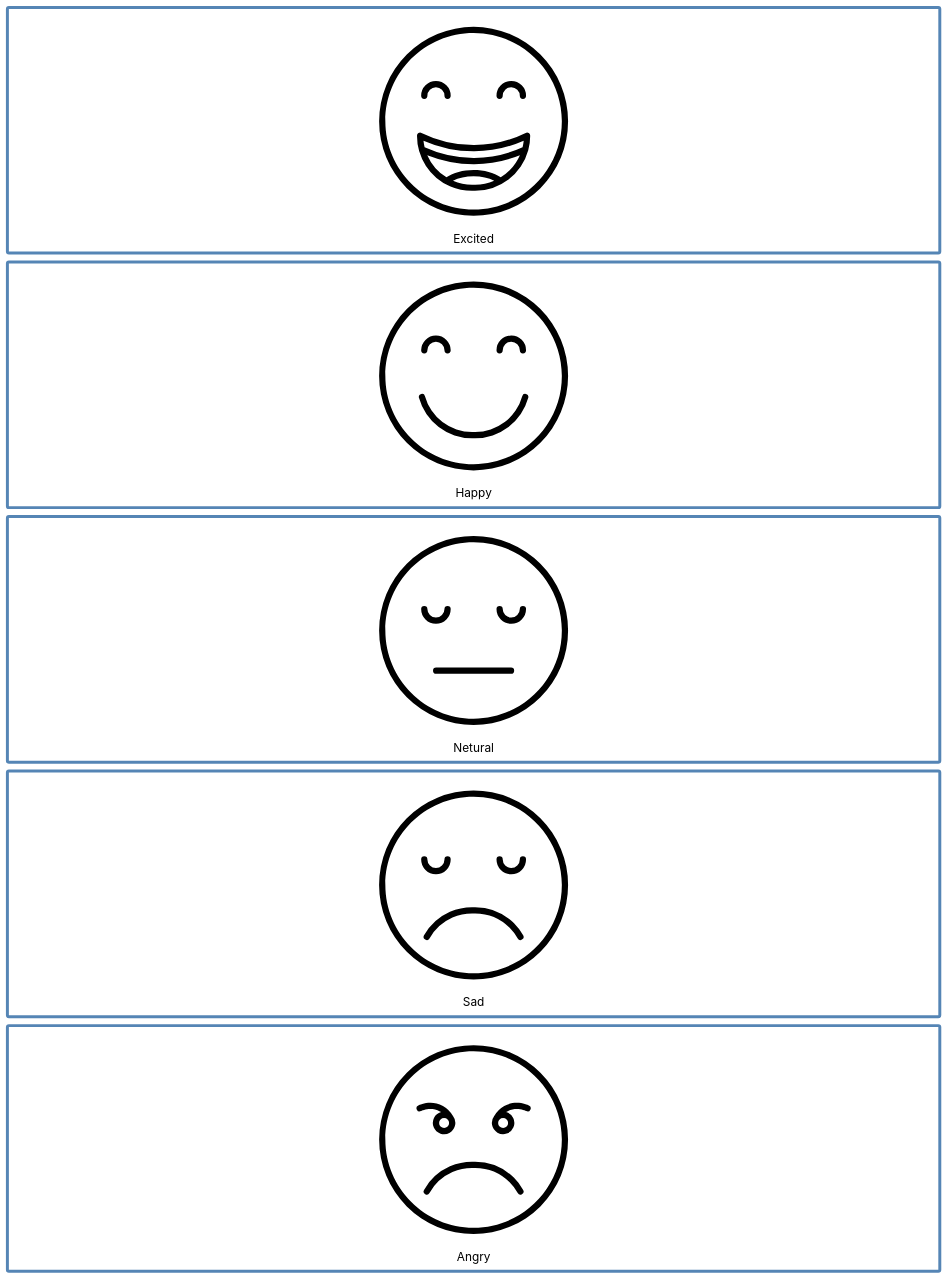
Repository: majakesin/moodify-app
Page: /
The author's editor kept a copy of each file at every save. The page is drawn from the files as they stood at one save, then again after the next save.
The browser window is 1280 px wide. The pictures show the whole page, at 74% of full size.
The project was rebuilt for these pictures with package versions that can differ from the ones it lists, and the page was loaded fresh each time.

Above is the page before, as saved 2023-08-21 11:45:13.

### public/index.html
<!DOCTYPE html>
<html lang="en">
  <head>
    <meta charset="utf-8" />
    <link rel="icon" href="%PUBLIC_URL%/logo.svg" />
    <meta name="viewport" content="width=device-width, initial-scale=1" />
    <meta name="theme-color" content="#000000" />
    <meta
      name="description"
      content="Moodify -- App that gives yours ears the best music based on your mood"
    />
    <link rel="apple-touch-icon" href="%PUBLIC_URL%/logo.svg" />
    <!--
      manifest.json provides metadata used when your web app is installed on a
      user's mobile device or desktop. See https://developers.google.com/web/fundamentals/web-app-manifest/
    -->
    <link rel="manifest" href="%PUBLIC_URL%/manifest.json" />
    <!--
      Notice the use of %PUBLIC_URL% in the tags above.
      It will be replaced with the URL of the `public` folder during the build.
      Only files inside the `public` folder can be referenced from the HTML.

      Unlike "/favicon.ico" or "favicon.ico", "%PUBLIC_URL%/favicon.ico" will
      work correctly both with client-side routing and a non-root public URL.
      Learn how to configure a non-root public URL by running `npm run build`.
    -->
    <title>Moodify</title>
  </head>
  <body>
    <noscript>You need to enable JavaScript to run this app.</noscript>
    <div id="root"></div>
    <!--
      This HTML file is a template.
      If you open it directly in the browser, you will see an empty page.

      You can add webfonts, meta tags, or analytics to this file.
      The build step will place the bundled scripts into the <body> tag.

      To begin the development, run `npm start` or `yarn start`.
      To create a production bundle, use `npm run build` or `yarn build`.
    -->
  </body>
</html>

### src/App.js
import './App.css';
import {moods}  from 'src/data/moods'
import Mood from './components/Mood';

function App() {
  return (
    <div className="App">
      {moods.map(({type,icon}) => {
        return (<Mood type={type} icon={icon} />)
      })}
    </div>
  );
}

export default App;

### src/data/moods.js
export const moods = [
    {
        type: 'Excited',
        icon: <svg id="SvgjsSvg1081" width="288" height="288" xmlns="http://www.w3.org/2000/svg" version="1.1" xmlnsXlink="http://www.w3.org/1999/xlink" xmlnsSvgjs="http://svgjs.com/svgjs">
                <defs id="SvgjsDefs1082"></defs>
                <g id="SvgjsG1083">
                    <svg xmlns="http://www.w3.org/2000/svg" data-name="Layer 1" viewBox="0 0 512 512" width="288" height="288">
                        <path fill="currentcolor" d="M416.51318,95.48682A226.99992,226.99992,0,1,0,95.48682,416.51318,226.99992,226.99992,0,1,0,416.51318,95.48682ZM256,468C139.103,468,44,372.897,44,256S139.103,44,256,44s212,95.103,212,212S372.897,468,256,468ZM137.5,202a7.50006,7.50006,0,0,0,7.5-7.5,20.5,20.5,0,0,1,41,0,7.5,7.5,0,0,0,15,0,35.5,35.5,0,0,0-71,0A7.50006,7.50006,0,0,0,137.5,202Zm181,0a7.50006,7.50006,0,0,0,7.5-7.5,20.5,20.5,0,0,1,41,0,7.5,7.5,0,0,0,15,0,35.5,35.5,0,0,0-71,0A7.50006,7.50006,0,0,0,318.5,202Zm69.95947,82.13037a7.49875,7.49875,0,0,0-7.27832-.356A284.51645,284.51645,0,0,1,257.5,313h-1.48a284.55042,284.55042,0,0,1-125.2002-29.2251A7.4999,7.4999,0,0,0,120,290.5a132.31839,132.31839,0,0,0,79.15625,121.32324A131.47888,131.47888,0,0,0,252.5,423h7a132.5854,132.5854,0,0,0,127.794-97.37988A133.06894,133.06894,0,0,0,392,290.5,7.5003,7.5003,0,0,0,388.45947,284.13037ZM259.5,408h-7a116.58888,116.58888,0,0,1-46.02222-9.36157C219.72205,391.8783,237.33752,388,256.002,388c18.66236,0,36.27466,3.87708,49.51734,10.63538A116.56076,116.56076,0,0,1,259.5,408Zm83.08691-34.41309a117.56809,117.56809,0,0,1-21.38024,16.93219C305.07166,379.48517,281.17847,373,256.002,373c-25.18383,0-49.0852,6.48932-65.22168,17.52966a116.81051,116.81051,0,0,1-46.07495-53.13611,299.90773,299.90773,0,0,0,111.31323,21.61036c.5044,0,1.01612-.00147,1.52051-.00391A300.023,300.023,0,0,0,367.2478,337.40454,117.86031,117.86031,0,0,1,342.58691,373.58691ZM373.6593,318.347A284.8703,284.8703,0,0,1,257.46094,344c-.49219.00293-.97412.00391-1.46387.00391a284.90227,284.90227,0,0,1-117.65942-25.65967,117.74477,117.74477,0,0,1-2.72388-15.77832A299.64178,299.64178,0,0,0,256.02,328h1.519a299.80874,299.80874,0,0,0,118.84668-25.43555A117.6884,117.6884,0,0,1,373.6593,318.347Z" class="color2c2b2d svgShape"></path>
                    </svg>
                </g>
             </svg>
    },
    {
        type: 'Happy',
        icon: <svg id="SvgjsSvg1102" width="288" height="288" xmlns="http://www.w3.org/2000/svg" version="1.1" xmlnsXlink="http://www.w3.org/1999/xlink" xmlnsSvgjs="http://svgjs.com/svgjs">
                <defs id="SvgjsDefs1103"></defs>
                <g id="SvgjsG1104">
                    <svg xmlns="http://www.w3.org/2000/svg" data-name="Layer 1" viewBox="0 0 512 512" width="288" height="288">
                        <path fill="currentcolor" d="M382.042,299.40674a7.496,7.496,0,0,0-9.21582,5.251A117.42927,117.42927,0,0,1,259.5,391h-7a117.41578,117.41578,0,0,1-113.32715-86.33447,7.49971,7.49971,0,1,0-14.46484,3.96875A132.417,132.417,0,0,0,252.5,406h7a132.58733,132.58733,0,0,0,127.793-97.37744A7.4999,7.4999,0,0,0,382.042,299.40674ZM416.51367,95.48682A227.00026,227.00026,0,0,0,95.48633,416.51318,227.00026,227.00026,0,0,0,416.51367,95.48682ZM256,468C139.10254,468,44,372.897,44,256S139.10254,44,256,44s212,95.103,212,212S372.89746,468,256,468ZM137.5,202a7.49974,7.49974,0,0,0,7.5-7.5,20.5,20.5,0,0,1,41,0,7.5,7.5,0,0,0,15,0,35.5,35.5,0,0,0-71,0A7.49974,7.49974,0,0,0,137.5,202Zm181,0a7.49974,7.49974,0,0,0,7.5-7.5,20.5,20.5,0,0,1,41,0,7.5,7.5,0,0,0,15,0,35.5,35.5,0,0,0-71,0A7.49974,7.49974,0,0,0,318.5,202Z" class="color2c2b2d svgShape"></path>
                    </svg>
                </g>
            </svg> ,
    },
    {
        type: 'Netural',
        icon: <svg id="SvgjsSvg1123" width="288" height="288" xmlns="http://www.w3.org/2000/svg" version="1.1" xmlnsXlink="http://www.w3.org/1999/xlink" xmlnsSvgjs="http://svgjs.com/svgjs">
                <defs id="SvgjsDefs1124"></defs>
                <g id="SvgjsG1125">
                    <svg xmlns="http://www.w3.org/2000/svg" data-name="Layer 1" viewBox="0 0 512 512" width="288" height="288">
                        <path fill="currentcolor" d="M201,204.5a7.5,7.5,0,0,0-15,0,20.5,20.5,0,0,1-41,0,7.5,7.5,0,0,0-15,0,35.5,35.5,0,0,0,71,0ZM374.5,197a7.50006,7.50006,0,0,0-7.5,7.5,20.5,20.5,0,0,1-41,0,7.5,7.5,0,0,0-15,0,35.5,35.5,0,0,0,71,0A7.50006,7.50006,0,0,0,374.5,197ZM416.51318,95.48682A226.99992,226.99992,0,1,0,95.48682,416.51318,226.99992,226.99992,0,1,0,416.51318,95.48682ZM256,468C139.103,468,44,372.897,44,256S139.103,44,256,44s212,95.103,212,212S372.897,468,256,468Zm90-123H166a7.5,7.5,0,0,0,0,15H346a7.5,7.5,0,0,0,0-15Z" class="color2c2b2d svgShape"></path>
                    </svg>
                </g>
            </svg>,
    },
    {
        type: 'Sad',
        icon: <svg id="SvgjsSvg1193" width="288" height="288" xmlns="http://www.w3.org/2000/svg" version="1.1" xmlnsXlink="http://www.w3.org/1999/xlink" xmlnsSvgjs="http://svgjs.com/svgjs">
                <defs id="SvgjsDefs1194"></defs>
                <g id="SvgjsG1195">
                    <svg xmlns="http://www.w3.org/2000/svg" data-name="Layer 1" viewBox="0 0 512 512" width="288" height="288">
                         <path fill="currentcolor" d="M165.5,230A35.54028,35.54028,0,0,0,201,194.5a7.5,7.5,0,0,0-15,0,20.5,20.5,0,0,1-41,0,7.5,7.5,0,0,0-15,0A35.54028,35.54028,0,0,0,165.5,230Zm209-43a7.50006,7.50006,0,0,0-7.5,7.5,20.5,20.5,0,0,1-41,0,7.5,7.5,0,0,0-15,0,35.5,35.5,0,0,0,71,0A7.50006,7.50006,0,0,0,374.5,187ZM353.19336,347.94678A132.16887,132.16887,0,0,0,259.5,309.14014h-7a131.47793,131.47793,0,0,0-53.34082,11.17529,133.55143,133.55143,0,0,0-62.24854,56.51221,7.50013,7.50013,0,0,0,13.07911,7.34472,118.4576,118.4576,0,0,1,55.21435-50.1289A116.57358,116.57358,0,0,1,252.5,324.14014h7a117.16738,117.16738,0,0,1,83.08691,34.41308,117.92616,117.92616,0,0,1,19.42432,25.62061,7.5,7.5,0,0,0,13.07715-7.34766A132.92018,132.92018,0,0,0,353.19336,347.94678Zm63.31982-252.46A226.99992,226.99992,0,1,0,95.48682,416.51318,226.99992,226.99992,0,1,0,416.51318,95.48682ZM256,468C139.103,468,44,372.897,44,256S139.103,44,256,44s212,95.103,212,212S372.897,468,256,468Z" class="color2c2b2d svgShape"></path>
                    </svg>
                </g>
            </svg>,
    },
    {
        type: 'Angry',
        icon: <svg id="SvgjsSvg1217" width="288" height="288" xmlns="http://www.w3.org/2000/svg" version="1.1" xmlnsXlink="http://www.w3.org/1999/xlink" xmlnSvgjs="http://svgjs.com/svgjs">
                <defs id="SvgjsDefs1218"></defs>
                     <g id="SvgjsG1219">
                        <svg xmlns="http://www.w3.org/2000/svg" data-name="Layer 1" viewBox="0 0 512 512" width="288" height="288">
                            <path fill="currentcolor" d="M353.19336,347.94629A132.1737,132.1737,0,0,0,259.5,309.13965h-7a131.5101,131.5101,0,0,0-53.3418,11.17578,133.55212,133.55212,0,0,0-62.24707,56.51172,7.49995,7.49995,0,0,0,13.07813,7.3457A118.46814,118.46814,0,0,1,205.20313,334.043,116.60013,116.60013,0,0,1,252.5,324.13965h7a117.16506,117.16506,0,0,1,83.08691,34.41406,117.92838,117.92838,0,0,1,19.42481,25.62012,7.49957,7.49957,0,1,0,13.07617-7.34766A132.91978,132.91978,0,0,0,353.19336,347.94629ZM416.51367,95.48682A227.00044,227.00044,0,0,0,95.48633,416.51367,227.00044,227.00044,0,0,0,416.51367,95.48682ZM256,468C139.10254,468,44,372.89746,44,256,44,139.103,139.10254,44,256,44s212,95.103,212,212C468,372.89746,372.89746,468,256,468ZM175.12207,188.29736c.96533.53955,1.88086,1.10938,2.769,1.69336a27.02454,27.02454,0,1,0,28.58863,9.52246,62.7776,62.7776,0,0,0-24.04029-24.31005c-27.82519-15.55176-56.1748-2.73292-59.31445-1.21973a7.49994,7.49994,0,1,0,6.50977,13.51367C132.05762,186.33057,153.91113,176.44189,175.12207,188.29736ZM185.12012,204a12,12,0,1,1-12,12A12.01344,12.01344,0,0,1,185.12012,204ZM388.875,173.9834c-3.1416-1.51367-31.49121-14.33447-59.31348,1.21924a62.778,62.778,0,0,0-24.04126,24.31054,26.989,26.989,0,1,0,28.58887-9.52234c.88843-.58435,1.804-1.15429,2.76978-1.694,21.21191-11.85743,43.06347-1.96631,45.48632-.79981A7.49994,7.49994,0,1,0,388.875,173.9834ZM338.87988,216a12,12,0,1,1-12-12A12.01343,12.01343,0,0,1,338.87988,216Z" class="color2c2b2d svgShape"></path>
                        </svg>
                    </g>
            </svg>
    }
]

### src/components/Mood/index.jsx
import styles from './index.module.css';

const Mood = (props) => {

    const {type, icon} = props;

    return (
        <div className={styles.card}>
          <div className={styles.icon}>
            {icon}
          </div>
          <div>
            {type}
        </div>
        </div>
    )
};

export default Mood;

### src/components/Mood/index.module.css

@import '../../styles/variables.css';

.card {
    border: 4px solid var(--first-color);
    border-radius: 4px;
    margin: 8px;
    padding: 8px;
}

### src/styles/variables.css
:root,
    :root.blue {
        --first-color: #5585b5;
        --second-color: #53a8b6;
        --third-color: #79c2d0;
        --fourth-color: #bbe4e9;
    }
    :root.rainbow {
        --first-color: #cbf078;
        --second-color: #f8f398;
        --third-color: #f1b963;
        --fourth-color: #e46161;
    }
    :root.pink {
        --first-color: #45171d;
        --second-color: #e84a5f;
        --third-color: #ff847c;
        --fourth-color: #fecea8;

    }

Loaded but not shown: src/index.js (common file); src/index.css (common file); src/reportWebVitals.js (common file); src/App.css (common file)

After the next save:
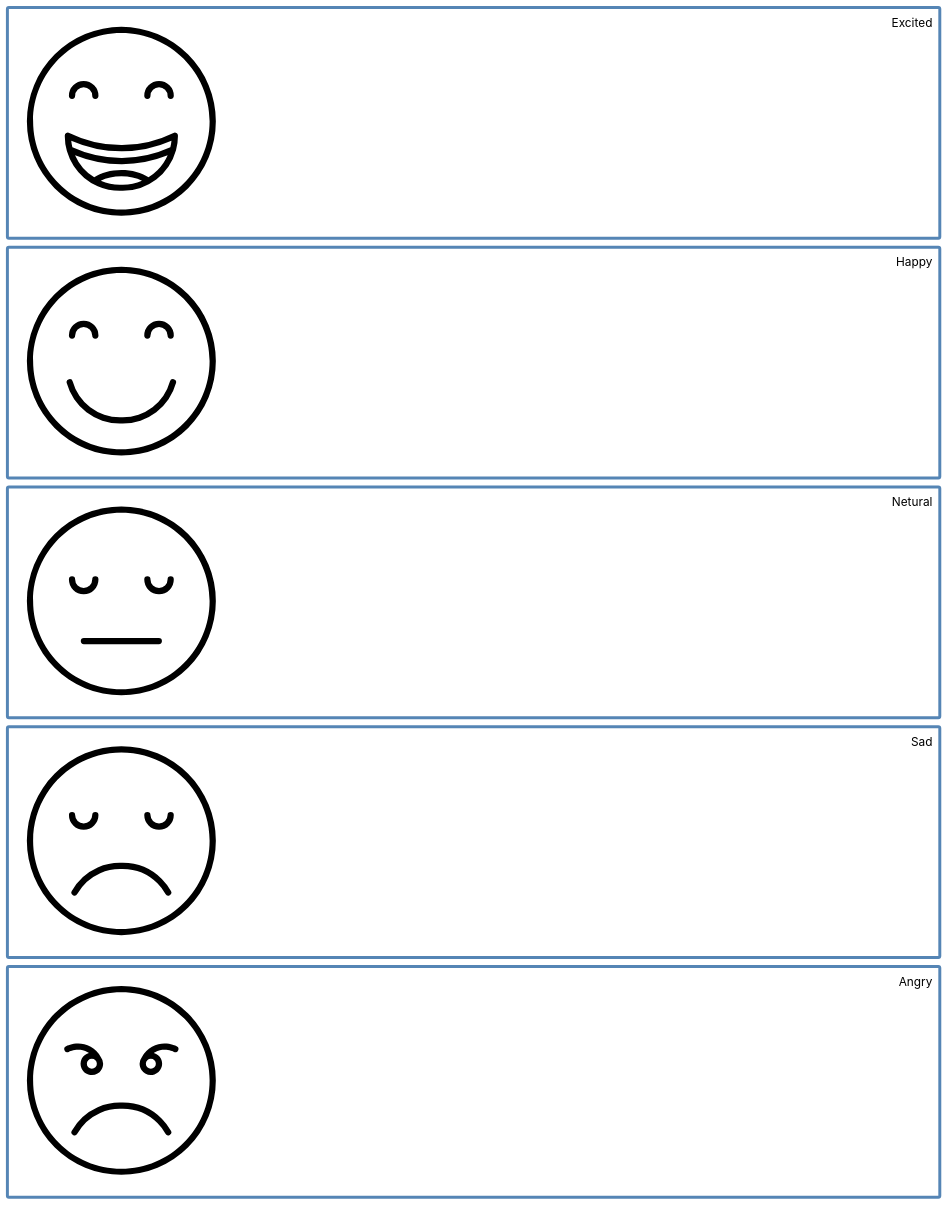
Saved 30 s later.
--- a/src/components/Mood/index.module.css
+++ b/src/components/Mood/index.module.css
@@ -6,4 +6,10 @@
     border-radius: 4px;
     margin: 8px;
     padding: 8px;
+    display: flex;
+    justify-content: space-between;
 }
+
+.icon {
+
+}
